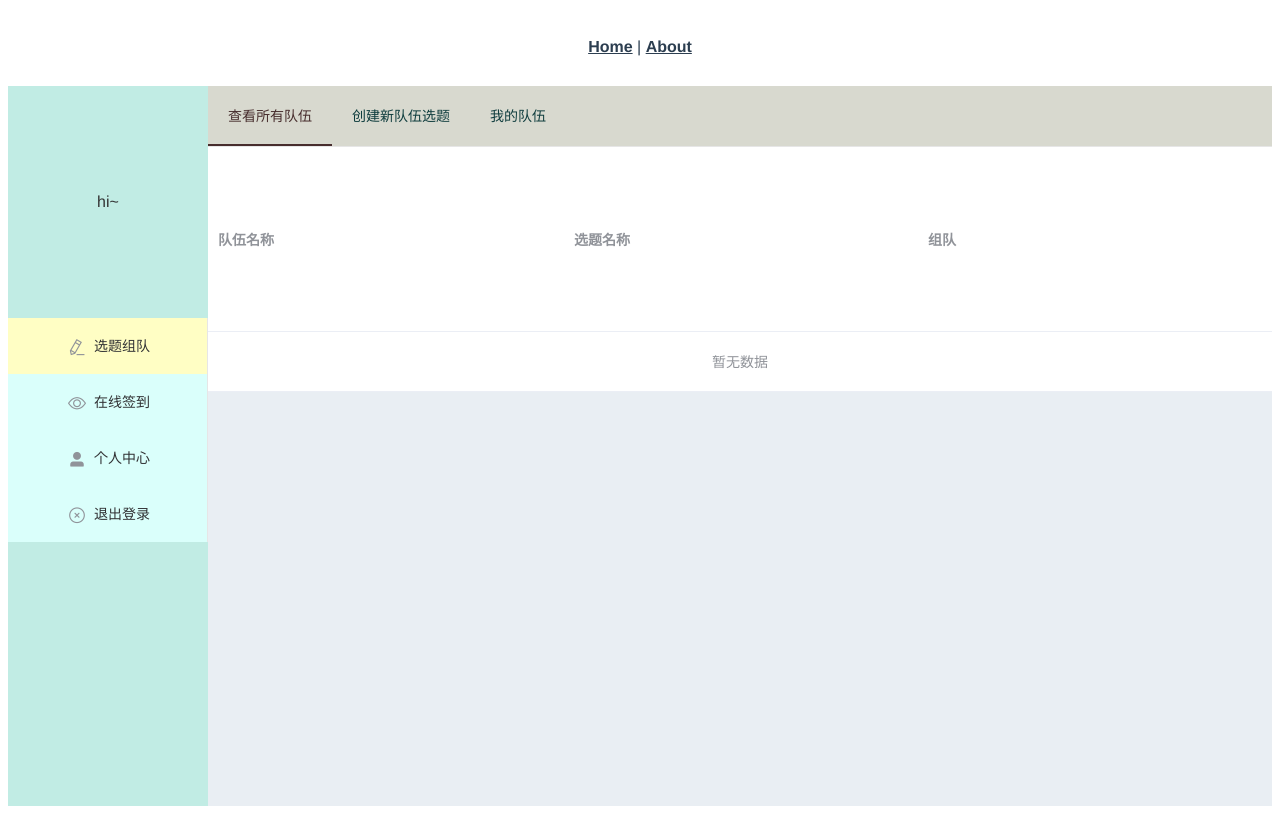
Repository: HiKzcode/Topic-selection-management-system
Page: /student
The author's editor kept a copy of each file at every save. The page is drawn from the files as they stood at one save, then again after a run of saves.
The browser window is 1280 px wide. The pictures show the whole page.
An inner scrolling area shows only its first screen. The project was rebuilt for these pictures with package versions that can differ from the ones it lists, and the page was loaded fresh each time. Also part of the build but not shown: vue.config.js, src/views/Login.vue, src/components/Personal.vue, src/components/SearchComponent.vue, src/components/Logout.vue, src/views/student/Attendace.vue.

Above is the page before, as saved 2023-07-04 01:22:29.

After the next 2 saves:
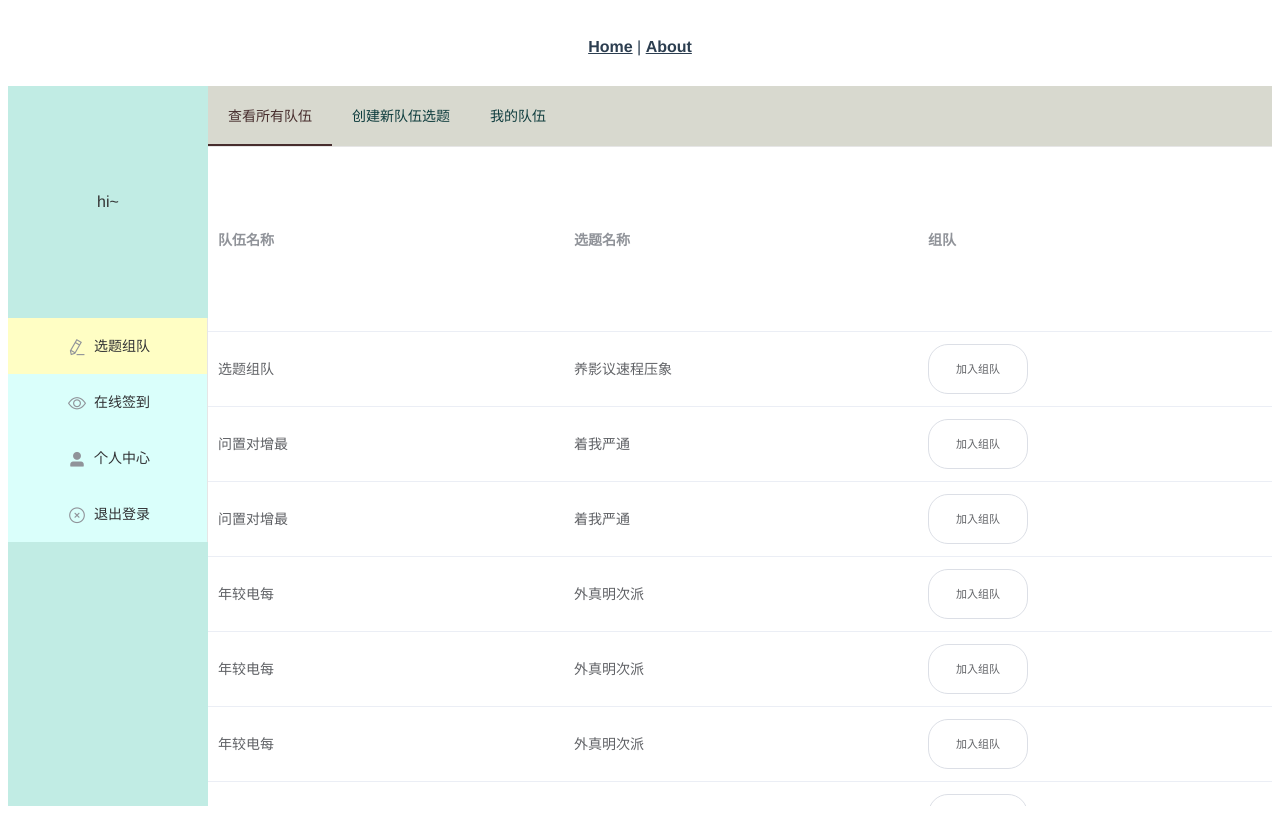
The 2 saves are shown as one change because they came seconds apart.
The last was saved 36 s later.
--- a/src/views/student/Team.vue
+++ b/src/views/student/Team.vue
@@ -91,7 +91,61 @@ export default {
     return {
       activeIndex2: '1', // 默认选中的菜单项索引
       currentView: 'teams', // 当前显示的内容，可选值为 'teams' 和 'createTeam'
-      teams: [], // 队伍数据
+      teams: [{
+			"questionId": "1",
+			"questionName": "养影议速程压象",
+			"state": 0,
+			"teamId": "1",
+			"teamName": "选题组队"
+		},
+		{
+			"filePath": "D:/xt/file11111",
+			"questionId": "11",
+			"questionName": "着我严通",
+			"state": 0,
+			"teamId": "9",
+			"teamName": "问置对增最"
+		},
+		{
+			"filePath": "D:/xt/file11111",
+			"questionId": "7657938590491685000",
+			"questionName": "着我严通",
+			"state": 0,
+			"teamId": "10",
+			"teamName": "问置对增最"
+		},
+		{
+			"filePath": "D:/xt/file/11111",
+			"questionId": "3817617017305497600",
+			"questionName": "外真明次派",
+			"state": 0,
+			"teamId": "11",
+			"teamName": "年较电每"
+		},
+		{
+			"filePath": "D:/xt/file/年较电每",
+			"questionId": "3817617017305497600",
+			"questionName": "外真明次派",
+			"state": 0,
+			"teamId": "13",
+			"teamName": "年较电每"
+		},
+		{
+			"filePath": "D:/xt/file/年较电每",
+			"questionId": "3817617017305497600",
+			"questionName": "外真明次派",
+			"state": 0,
+			"teamId": "14",
+			"teamName": "年较电每"
+		},
+		{
+			"filePath": "D:/xt/file/才象前张义元",
+			"questionId": "-3942554567855505400",
+			"questionName": "整志技样圆会身",
+			"state": 0,
+			"teamId": "15",
+			"teamName": "才象前张义元"
+		  }], // 队伍数据
 		  questionlist:[
 		{
 			"questionDescription": "ea Duis cupidatat",
@@ -385,12 +439,12 @@ export default {
 			//获得队伍列表
 			/*this.$axios({
 			 method:'get',
-			 url:'http://43.142.234.223:8080/team/list',
+			 url:'./api/team/list',
 			 headers:{
            'token':localStorage.getItem("token")
           }
 		   }).then(request=>{
-			  this.teamlist=request.data
+			  this.team=request.data
 	  	 })*/
 		},
 		getmyteam(){
@@ -430,6 +484,7 @@ export default {
 				})*/
 				this.showSuccessDialog = true
 			},
+
     viewTeamDocument(teamId) {
       // 处理查看队伍文档的逻辑
     },
